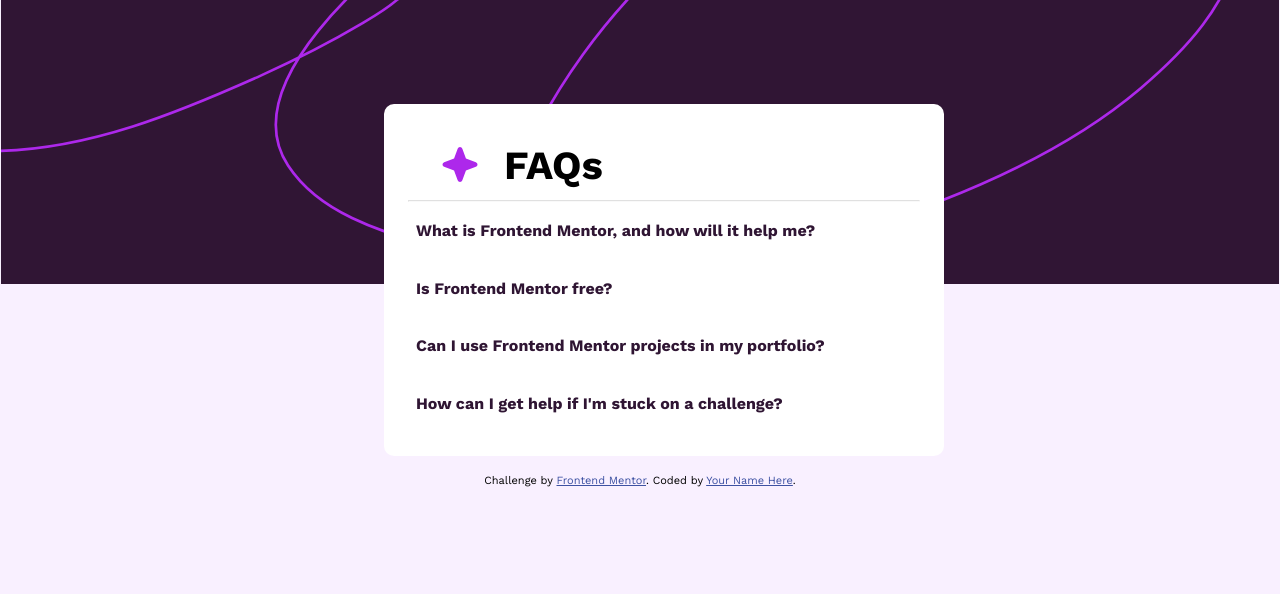
Repository: imokha01/accordion-main
Page: index.html
The author's editor kept a copy of each file at every save. The page is drawn from the files as they stood at one save, then again after a run of saves.
The browser window is 1280 px wide. The pictures show the whole page.

Above is the page before, as saved 2023-12-26 11:52:17.

### index.html
<!DOCTYPE html>
<html lang="en">
  <head>
    <meta charset="UTF-8" />
    <meta name="viewport" content="width=device-width, initial-scale=1.0" />
    <!-- displays site properly based on user's device -->
    <link rel="stylesheet" href="./index.css">
    <link
      rel="stylesheet"
      href="https://cdnjs.cloudflare.com/ajax/libs/font-awesome/6.5.1/css/all.min.css"
      integrity="sha512-DTOQO9RWCH3ppGqcWaEA1BIZOC6xxalwEsw9c2QQeAIftl+Vegovlnee1c9QX4TctnWMn13TZye+giMm8e2LwA=="
      crossorigin="anonymous"
      referrerpolicy="no-referrer"
    />
    <link
      rel="icon"
      type="image/png"
      sizes="32x32"
      href="./assets/images/favicon-32x32.png"
    />
    <link rel="preconnect" href="https://fonts.googleapis.com" />
    <link rel="preconnect" href="https://fonts.gstatic.com" crossorigin />
    <link
      href="https://fonts.googleapis.com/css2?family=Work+Sans:wght@400;600;700&display=swap"
      rel="stylesheet"
    />
    <title>Frontend Mentor | FAQ accordion</title>
    <!-- Feel free to remove these styles or customise in your own stylesheet 👍 -->
    <style>
      .attribution {
        font-size: 11px;
        text-align: center;
        margin-top: 1rem;
      }
      .attribution a {
        color: hsl(228, 45%, 44%);
      }
    </style>
  </head>
  <body>
    <div class="container">
      <div class="wrapper">
        <!-- first div content -->
        <main>
          <div id="header">
            <img src="./assets/images/icon-star.svg" alt="star-icon">
            <p id="headerpara">FAQs</p>
          </div>
          <hr>
          <div class="Div" id="div1">
            <div class="title">
              <p class="question">What is Frontend Mentor, and how will it help me?</p>
            </div>
            <div class="para">
              <p id="para1">
                Frontend Mentor offers realistic coding challenges to help developers
                improve their frontend coding skills with projects in HTML, CSS, and
                JavaScript. It's suitable for all levels and ideal for portfolio
                building.
              </p>
            </div>
          </div>
          <!-- second div content -->
          <div class="Div" id="div2">
            <div class="title">
              <p class="question">Is Frontend Mentor free?</p>
            </div>
            <div class="para">
              <p id="para2">
                Yes, Frontend Mentor offers both free and premium coding challenges,
                with the free option providing access to a range of projects suitable
                for all skill levels.
              </p>
            </div>
          </div>
          <!-- third div content -->
          <div class="Div" id="div3">
            <div class="title">
              <p class="question">Can I use Frontend Mentor projects in my portfolio?</p>
            </div>
            <div class="para">
              <p id="para3">
                Yes, you can use projects completed on Frontend Mentor in your
                portfolio. It's an excellent way to showcase your skills to potential
                employers!
              </p>
            </div>
          </div>
          <!-- fourth div content -->
          <div class="Div" id="div4">
            <div class="title">
              <p class="question">How can I get help if I'm stuck on a challenge?</p>
            </div>
            <div class="para">
              <p id="para4">
                The best place to get help is inside Frontend Mentor's Discord
                community. There's a help channel where you can ask questions and seek
                support from other community members.
              </p>
            </div>
          </div>
        </main>
        <!-- footer div -->
        <div class="attribution">
          Challenge by
          <a href="https://www.frontendmentor.io?ref=challenge" target="_blank"
            >Frontend Mentor</a
          >. Coded by <a href="#">Your Name Here</a>.
        </div>
      </div>
    </div>
    <script src="./index.js"></script>
  </body>
</html>

### index.css
:root {
    --White: hsl(0, 0%, 100%);
    --lightPink: hsl(275, 100%, 97%);
    --grayishPurple: hsl(292, 16%, 49%);
    --darkPurple:  hsl(292, 42%, 14%);
    --workSans: 'Work Sans', sans-serif;
}

* {
    margin: 0;
    padding:0;
    box-sizing: border-box;
}

body {
    font-size: 16px;
    font-family: var(--workSans);
    background-color: var(--lightPink);
    position: relative;
    line-height: 1.6;
}

.container  {
    background-image: url("./assets/images/background-pattern-desktop.svg");
    background-repeat: no-repeat;
    background-size: contain;
    display: flex;
    flex-direction: column;
    justify-content: center;
    align-items: center;
    overflow: hidden;
}

hr {
    background-color: var(--lightPink);
    margin-top: .7rem;
    opacity: 0.3;
}

.wrapper {
    width: 35rem;
    padding: 1.5rem;
    left: 30rem;
    border-radius: 10px;
    transition: height 0.5s ease-in 1ms;
}

main  {
    background-color: #fff;
    border-radius: 10px;
    padding: inherit;
    width: inherit;
    overflow: hidden;
    margin-top: 5rem;
    transition: height 0.5s ease-in 1ms;
    overflow: hidden;
}

#headerpara {
    font-size: 2.5rem;
    font-weight: 700;
    margin : -.6rem 1.5rem;

}

#header > img{
    padding-left: 2rem;
}

div#header {
    display: flex;
    flex-direction: row;
    justify-content: flex-start;
    align-items: flex-start;
    width: 10rem;
    margin-top: 1rem;
}

.Div {
    display: flex;
    flex-direction: column;
    justify-content: space-between ;
    padding: 1rem .5rem;
    height: fit-content;
    transition: height 0.5s ease-in;

}

.title {
    display: flex;;
    justify-content: space-between;
}

.Div div  img {
    cursor: pointer;
}

.title p {
    font-weight: 700;
    color: var(--darkPurple);
    cursor: pointer;
    /* width: 21.875rem; */
}

.para {
    color: var(--grayishPurple);
    margin-top: 1.2rem;
    transition: height 0.5s ease-in 1s;
    overflow: hidden;
    display: none;
    font-size: .9rem;
}

.title{
    position: relative;
    width: 90%;

}
.title::after{
    content:  url(./assets/images/icon-plus.svg);
    position: absolute;
    right: -40%;
}

.active::after{
    content: url(./assets/images/icon-minus.svg);
    right: -40%;

}

.active, .question:hover {
    content: "";
}

@media (max-width: 768px){
    .container {
        background-image: url(./assets/images/background-pattern-mobile.svg);
        margin: 0;
    }

    .wrapper, main {
        width: 100%;
        margin: 3rem -.1rem ;
    }

    .title {
        width: 14rem;
    }

    .title::after,
    .active::after {
        right: -3.2rem;
    }

    .para {
        font-size: .85rem;
    }

    #header > img{
        padding-left: 1rem;
        width: 3rem;
    }

    #headerpara {
        font-size: 2.2rem;
        font-weight: 700;


    }

}

### index.js
// const answer = document.getElementsByClassName("para");
const question = document.getElementsByClassName("title");

for (let i = 0; i < question.length; i++ ) {
    question[i].addEventListener("click", function(){
        this.classList.toggle("active");
        let active = this.addEventListener.nextElementSibling;
        let para = this.nextElementSibling;
        if(para.style.display === "block"){
            para.style.display = "none";
        } else {
            para.style.display = "block";
        }
    });
}





// var acc = document.getElementsByClassName("accordion");
// var i;

// for (i = 0; i < acc.length; i++) {
//   acc[i].addEventListener("click", function() {
//     /* Toggle between adding and removing the "active" class,
//     to highlight the button that controls the panel */
//     this.classList.toggle("active");

//     /* Toggle between hiding and showing the active panel */
//     var panel = this.nextElementSibling;
//     if (panel.style.display === "block") {
//       panel.style.display = "none";
//     } else {
//       panel.style.display = "block";
//     }
//   });
// }

After the next 3 saves:
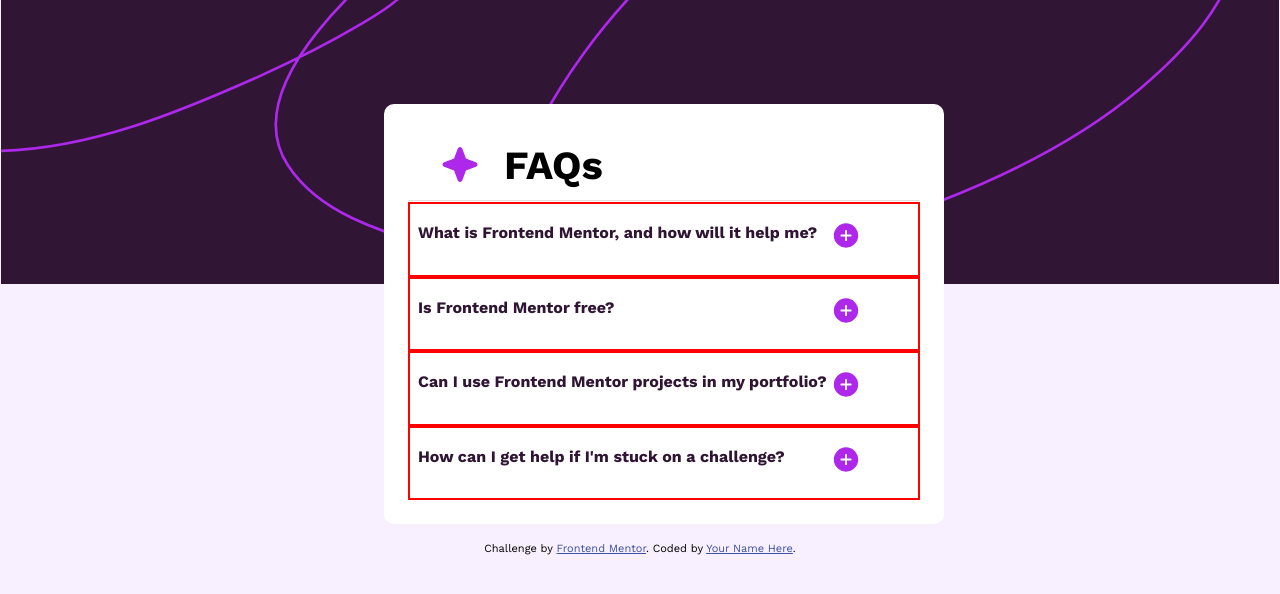
The 3 saves are shown as one change because they came seconds apart.
The last was saved 68 s later.
--- a/index.css
+++ b/index.css
@@ -82,6 +82,7 @@
     justify-content: space-between ;
     padding: 1rem .5rem;
     height: fit-content;
+    border: 2px solid red;
     transition: height 0.5s ease-in;
 
 }
@@ -118,13 +119,13 @@
 }
 .title::after{
     content:  url(./assets/images/icon-plus.svg);
-    position: absolute;
-    right: -40%;
+    /* position: absolute; */
+    right: -40px;
 }
 
 .active::after{
     content: url(./assets/images/icon-minus.svg);
-    right: -40%;
+    right: -40px;
 
 }
 
